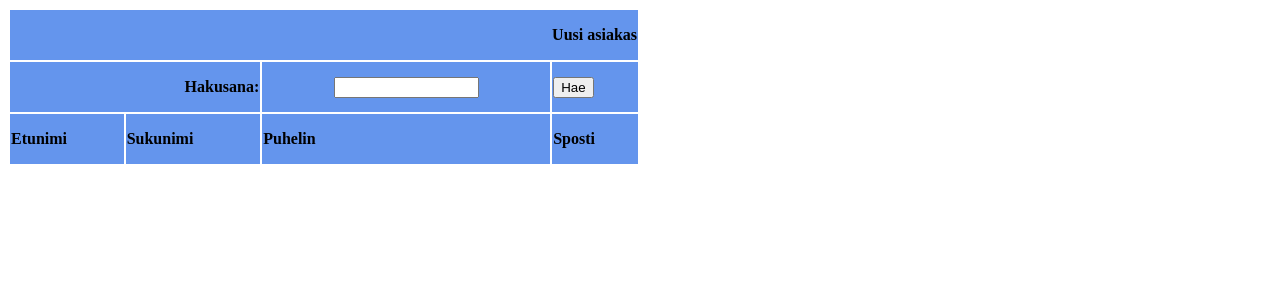
Repository: RVeridium/Asiakas-listaus
Page: http://localhost/Noutaja/listaaasiakkaat.jsp
An editor plug-in stored every save of this project. The page is shown before and after the next save, followed by the edit.
The browser window is 1280 px wide. The pictures show the whole page.
The page is served by Tomcat 9.

Above is the page before, as saved 2020-12-13 11:16:09.
Console error: TypeError: Cannot set properties of null (setting 'innerHTML')

After the next save:
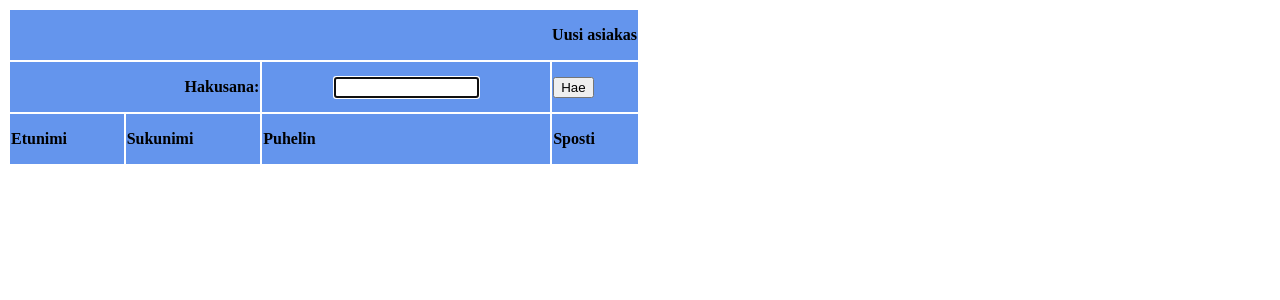
Saved 106 s later.
--- a/Noutaja/WebContent/listaaasiakkaat.jsp
+++ b/Noutaja/WebContent/listaaasiakkaat.jsp
@@ -43,7 +43,7 @@
 }
 
 function noudaAs() {
-	document.getElementById("tbody").innerHTML = "";
+	//document.getElementById("tbody").innerHTML = "";
 	fetch("asiakkaat/" + document.getElementById("term").value, {method: 'GET'})
 	.then(function (response) {//Odotetaan vastausta ja muutetaan JSON-vastaus objektiksi
 		return response.json();

After the save that followed:
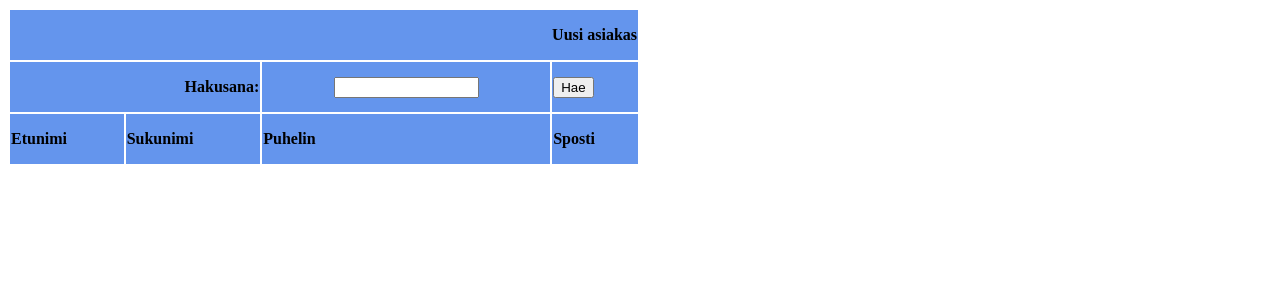
Saved 3 min 24 s later.
--- a/Noutaja/WebContent/listaaasiakkaat.jsp
+++ b/Noutaja/WebContent/listaaasiakkaat.jsp
@@ -43,7 +43,7 @@
 }
 
 function noudaAs() {
-	//document.getElementById("tbody").innerHTML = "";
+	document.getElementById("tbody").innerHTML = "";
 	fetch("asiakkaat/" + document.getElementById("term").value, {method: 'GET'})
 	.then(function (response) {//Odotetaan vastausta ja muutetaan JSON-vastaus objektiksi
 		return response.json();
@@ -51,6 +51,7 @@
 	.then(function (responseJson) {
 		var asiakkaat = responseJson.asiakkaat;
 		var rowStr = "";
+		console.log(asiakkaat);
 		for(var i=0; i<asiakkaat.length; i++) {
 			rowStr+="<tr>";
 			rowStr+="<td>"+asiakkaat[i].etunimi+"</td>";
